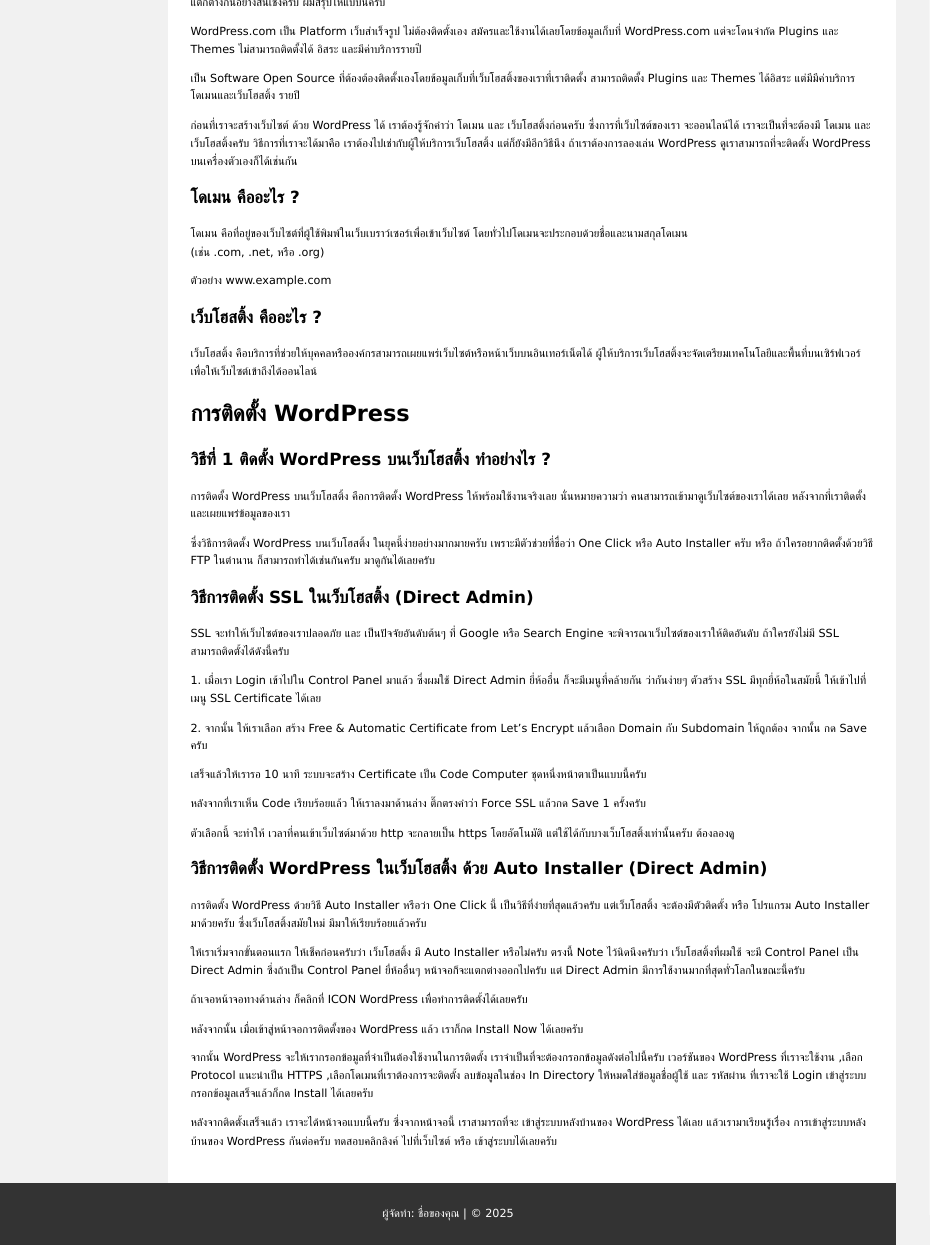
Repository: staggil/thesis
Page: lessons/intro.html
The author's editor kept a copy of each file at every save. The page is drawn from the files as they stood at one save, then again after the next save.
The browser window is 1280 px wide. The page is 1328 px wide, so the pictures cover 1328 px, including what lies to the right of the window. The pictures show the part of the page from y = 1170 to 3010 px (the page is 2948 px tall before and 3010 px after), at 70% of full size.
The page's requests for data from a server got no answer.

Above is the page before, as saved 2025-12-16 06:21:28.

### lessons/intro.html
<!DOCTYPE html>
<html lang="th">
<head>
    <meta charset="UTF-8">
    <meta name="viewport" content="width=device-width, initial-scale=1.0">
    <title>บทเรียน Intro</title>
    <link rel="stylesheet" href="/style.css">
    <script src="/script.js" defer></script>
</head>
<body data-sidebar="/components/sidebar.html">

    <!-- header -->
    <div id="header-placeholder"></div>



   <div id="sidebar-placeholder"></div>
<div class="layout">
    <!-- content -->
    <main id="main-content">
        <h1>บทเรียน Intro</h1>
        <p>WordPress เป็นเครื่องมือที่ทรงพลังอย่างมากในการทำเว็บไซต์ ข้อพิสูจน์ก็คือ
            จากจำนวนเว็บไซต์บนโลกทั้งหมด มีเว็บที่ทำด้วย WordPress มากถึง 30%
            แต่ในเมืองไทยข้อมูลเรื่องการใช้งาน WordPress ยังกระจัดกระจายอยู่มาก
            นั่นเป็นที่มาที่ทำให้เกิดการรวบรวมวิธีการใช้ WordPress ทำเว็บไซต์ขั้นพื้นฐาน
            ฉบับภาษาไทยทั้งหมดแล้วครับ</p>
            <p>WordPress คือระบบจัดการเนื้อหา (CMS) สำหรับสร้างและบริหารจัดการเว็บไซต์</p>

            <h1>WordPress คืออะไร</h1>
            <p>WordPress คือระบบจัดการเนื้อหาเว็บไซต์ (CMS) แบบ Open Source ใช้งานฟรี</p>
            <p>WordPress ใช้สำหรับสร้างและจัดการเว็บไซต์</p>
            <p>WordPress ช่วยให้สร้างเว็บไซต์ได้โดยไม่ต้องเขียนโค้ด</p>
            <p>WordPress ใช้ธีมในการกำหนดรูปแบบเว็บไซต์</p>
            <p>WordPress ใช้ปลั๊กอินในการเพิ่มความสามารถ</p>
            <p>WordPress ใช้จัดการเนื้อหา เช่น บทความ หน้าเว็บ รูปภาพ และเมนู</p>
            <p>WordPress มีระบบหลังบ้านสำหรับควบคุมเว็บไซต์</p>

            <h1>WordPress คือ อะไร แล้วทำไม เราต้องใช้ WordPress ?</h1>
            <p>WordPress ที่เรากำลังพูดถึง คือ ซอฟท์แวร์ หรือ โปรแกรม ที่เราเอาไว้สำหรับ ใช้สร้างเว็บไซต์ครับ
                ซึ่ง Software ตัวนี้ เป็น ซอฟท์แวร์ แบบเปิดรหัส ที่เรียกว่า Open Source และมีลิขสิทธิ์แบบ GPL
                เราจึง สามารถนำ WordPress มาใช้ ทำเว็บไซต์ ได้ฟรีครับ ซึ่งเราสามารถ Download
                 เจ้าโปรแกรม WordPress ได้จากเว็บไซต์ WordPress.org ครับ</p>
            <p>สาเหตุ ที่นักพัฒนาเว็บไซต์ หลายคนหันมาใช้งาน WordPress ก็เพราะว่า WordPress ได้รับความนิยมมากขึ้นเรื่อยๆ
                ตั้งแต่ออกเวอร์ชันแรกเมื่อปี 2003 เป็นต้นมา ในระยะแรก WordPress เป็นเพียง Blogging Software
                สำหรับเอาไว้เขียนบทความ หรือ บล็อกส่วนตัวเท่านั้น แต่ในปัจจุบัน WordPress มีจำนวนผู้ใช้งานเพิ่มขึ้นเป็นจำนวนมาก
                 จนพัฒนาเปลี่ยนแปลงจาก Blogging Software มาเป็น CMS หรือ Content Management System หรือ ในภาษาไทย
                  เราเรียกว่า เครื่องมือบริหาร จัดการ เนื้อหาบนเว็บไซต์นั่นเอง</p>
            <p>
                ปัจจุบัน WordPress ไม่เพียงแต่สามารถบริหารจัดการ เนื้อหา บนเว็บไซต์ได้เท่านั้น แต่ยังเป็นเครื่องมือ สำหรับ การออกแบบเว็บไซต์ให้สวยงาม
                 ตลอดจน การนำไป ทำเว็บขายของออนไลน์ ด้วย ซอฟท์แวร์เสริม หรือ Plugin Woocommerce ได้อีกด้วย
            </p>

            <h1>ความสับสนระหว่าง WordPress.com และ WordPress.org</h1>
            <p>เวลาที่เราค้นหาข้อมูล แล้วได้ยินคนพูดถึง WordPress เราอาจจะเจอ เว็บไซต์ 2 เว็บ นั่นก็คือ WordPress.com และ WordPress.org
                นั่นเอง ซึ่ง 2 เว็บไซต์ นี้แตกต่างกันอย่างสิ้นเชิงครับ ผมสรุปให้แบบนี้ครับ</p>
            <p>WordPress.com เป็น Platform เว็บสำเร็จรูป ไม่ต้องติดตั้งเอง สมัครและใช้งานได้เลยโดยข้อมูลเก็บที่ WordPress.com แต่จะโดนจำกัด Plugins และ Themes
                ไม่สามารถติดตั้งได้ อิสระ และมีค่าบริการรายปี</p>
            <p>เป็น Software Open Source ที่ต้องต้องติดตั้งเองโดยข้อมูลเก็บที่เว็บโฮสติ้งของเราที่เราติดตั้ง สามารถติดตั้ง Plugins และ Themes ได้อิสระ
                แต่มีมีค่าบริการโดเมนและเว็บโฮสติ้ง รายปี
            </p>

            <p>ก่อนที่เราจะสร้างเว็บไซต์ ด้วย WordPress ได้ เราต้องรู้จักคำว่า โดเมน และ เว็บโฮสติ้งก่อนครับ ซึ่งการที่เว็บไซต์ของเรา จะออนไลน์ได้
            เราจะเป็นที่จะต้องมี โดเมน และ เว็บโฮสติ้งครับ วิธีการที่เราจะได้มาคือ เราต้องไปเช่ากับผู้ให้บริการเว็บโฮสติ้ง แต่ก็ยังมีอีกวิธีนึง ถ้าเราต้องการลองเล่น
             WordPress ดูเราสามารถที่จะติดตั้ง WordPress บนเครื่องตัวเองก็ได้เช่นกัน</p>

             <h2>โดเมน คืออะไร ?</h2>
             <p>โดเมน คือที่อยู่ของเว็บไซต์ที่ผู้ใช้พิมพ์ในเว็บเบราว์เซอร์เพื่อเข้าเว็บไซต์ โดยทั่วไปโดเมนจะประกอบด้วยชื่อและนามสกุลโดเมน <br>
                 (เช่น .com, .net, หรือ .org)</p>
             <p>ตัวอย่าง www.example.com</p>

             <h2>เว็บโฮสติ้ง คืออะไร ?</h2>
             <p>เว็บโฮสติ้ง คือบริการที่ช่วยให้บุคคลหรือองค์กรสามารถเผยแพร่เว็บไซต์หรือหน้าเว็บบนอินเทอร์เน็ตได้
                ผู้ให้บริการเว็บโฮสติ้งจะจัดเตรียมเทคโนโลยีและพื้นที่บนเซิร์ฟเวอร์เพื่อให้เว็บไซต์เข้าถึงได้ออนไลน์</p>

            <h1>การติดตั้ง WordPress</h1>
            <h2>วิธีที่ 1 ติดตั้ง WordPress บนเว็บโฮสติ้ง ทำอย่างไร ?</h2>
            <p>การติดตั้ง WordPress บนเว็บโฮสติ้ง คือการติดตั้ง WordPress ให้พร้อมใช้งานจริงเลย
                นั่นหมายความว่า คนสามารถเข้ามาดูเว็บไซต์ของเราได้เลย หลังจากที่เราติดตั้งและเผยแพร่ข้อมูลของเรา</p>
            <p>ซึ่งวิธีการติดตั้ง WordPress บนเว็บโฮสติ้ง ในยุคนี้ง่ายอย่างมากมายครับ เพราะมีตัวช่วยที่ชื่อว่า One Click
                หรือ Auto Installer ครับ หรือ ถ้าใครอยากติดตั้งด้วยวิธี FTP ในตำนาน ก็สามารถทำได้เช่นกันครับ มาดูกันได้เลยครับ</p>
            <h2>วิธีการติดตั้ง SSL ในเว็บโฮสติ้ง (Direct Admin)</h2>
            <p>SSL จะทำให้เว็บไซต์ของเราปลอดภัย และ เป็นปัจจัยอันดับต้นๆ ที่ Google หรือ Search Engine จะพิจารณาเว็บไซต์ของเราให้ติดอันดับ
                 ถ้าใครยังไม่มี SSL สามารถติดตั้งได้ดังนี้ครับ</p>
            <p>1. เมื่อเรา Login เข้าไปใน Control Panel มาแล้ว ซึ่งผมใช้ Direct Admin ยี่ห้ออื่น ก็จะมีเมนูที่คล้ายกัน ว่ากันง่ายๆ
                ตัวสร้าง SSL มีทุกยี่ห้อในสมัยนี้ ให้เข้าไปที่เมนู SSL Certificate ได้เลย</p>
            <p>2. จากนั้น ให้เราเลือก สร้าง Free & Automatic Certificate from Let’s Encrypt
                แล้วเลือก Domain กับ Subdomain ให้ถูกต้อง จากนั้น กด Save ครับ</p>
            <p>เสร็จแล้วให้เรารอ 10 นาที ระบบจะสร้าง Certificate เป็น Code Computer ชุดหนึ่งหน้าตาเป็นแบบนี้ครับ</p>
            <p>หลังจากที่เราเห็น Code เรียบร้อยแล้ว ให้เราลงมาด้านล่าง ติ๊กตรงคำว่า Force SSL แล้วกด Save 1 ครั้งครับ</p>
            <p>ตัวเลือกนี้ จะทำให้ เวลาที่คนเข้าเว็บไซต์มาด้วย http จะกลายเป็น https โดยอัตโนมัติ แต่ใช้ได้กับบางเว็บโฮสติ้งเท่านั้นครับ ต้องลองดู</p>

            <h2>วิธีการติดตั้ง WordPress ในเว็บโฮสติ้ง ด้วย Auto Installer (Direct Admin)</h2>
            <p>การติดตั้ง WordPress ด้วยวิธี Auto Installer หรือว่า One Click นี้ เป็นวิธีที่ง่ายที่สุดแล้วครับ
                แต่เว็บโฮสติ้ง จะต้องมีตัวติดตั้ง หรือ โปรแกรม Auto Installer มาด้วยครับ ซึ่งเว็บโฮสติ้งสมัยใหม่ มีมาให้เรียบร้อยแล้วครับ</p>
            <p>ให้เราเริ่มจากขั้นตอนแรก ให้เช็คก่อนครับว่า เว็บโฮสติ้ง มี Auto Installer หรือไม่ครับ ตรงนี้ Note ไว้นิดนึงครับว่า เว็บโฮสติ้งที่ผมใช้
                 จะมี Control Panel เป็น Direct Admin ซึ่งถ้าเป็น Control Panel ยี่ห้ออื่นๆ หน้าจอก็จะแตกต่างออกไปครับ แต่ Direct Admin
                  มีการใช้งานมากที่สุดทั่วโลกในขณะนี้ครับ</p>
            <p>ถ้าเจอหน้าจอทางด้านล่าง ก็คลิกที่ ICON WordPress เพื่อทำการติดตั้งได้เลยครับ</p>
            <p>หลังจากนั้น เมื่อเข้าสู่หน้าจอการติดตั้งของ WordPress แล้ว เราก็กด Install Now ได้เลยครับ</p>
            <p>จากนั้น WordPress จะให้เรากรอกข้อมูลที่จำเป็นต้องใช้งานในการติดตั้ง เราจำเป็นที่จะต้องกรอกข้อมูลดังต่อไปนี้ครับ
                เวอร์ชันของ WordPress ที่เราจะใช้งาน ,เลือก Protocol แนะนำเป็น HTTPS ,เลือกโดเมนที่เราต้องการจะติดตั้ง
                ลบข้อมูลในช่อง In Directory ให้หมดใส่ข้อมูลชื่อผู้ใช้ และ รหัสผ่าน ที่เราจะใช้ Login เข้าสู่ระบบ
                กรอกข้อมูลเสร็จแล้วก็กด Install ได้เลยครับ</p>
           <p>หลังจากติดตั้งเสร็จแล้ว เราจะได้หน้าจอแบบนี้ครับ ซึ่งจากหน้าจอนี้
            เราสามารถที่จะ เข้าสู่ระบบหลังบ้านของ WordPress ได้เลย แล้วเรามาเรียนรู้เรื่อง การเข้าสู่ระบบหลังบ้านของ WordPress กันต่อครับ
            ทดสอบคลิกลิงค์ ไปที่เว็บไซต์ หรือ เข้าสู่ระบบได้เลยครับ</p>
    </main>
</div>

    <!-- footer -->
    <div id="footer-placeholder"></div>

</body>
</html>

### style.css
body {
    margin: 0;
    font-family: Verdana, Arial, sans-serif;
    box-sizing: border-box;
    background-color: #f1f1f1;
    line-height: 1.6;
    overflow-x: hidden;
}


#header-placeholder {
    background-color: #04AA6D;
    color: white;
    padding: 16px 24px;
    font-size: 24px;
    font-weight: bold;
     position: sticky;  /* หรือ fixed ก็ได้ */
    top: 0;            /* ติดด้านบน */
    z-index: 1000;     /* อยู่เหนือ content */
    width: 100%;       /* เต็มความกว้างหน้าจอ */
}

.navbar ul {
    list-style: none;
    display: flex;
    gap: 15px;
    padding: 0;
    margin: 0;
}

.navbar ul li a {
    color: white;
    text-decoration: none;
}

/* =========================
   Sidebar
   ========================= */
.layout {

    max-width: 100%;  /* ขยายเต็มหน้าจอ */
    margin: 0;         /* ไม่มี margin */
}

#sidebar {
     position: fixed;
    top: 64px;
    left: 0;
    width: 220px;
    height: 100vh;       /* สูงเต็มหน้าจอ */
    overflow-y: auto;    /* scroll ภายใน sidebar */
    background-color: #e7e9eb;
    padding: 16px;
    z-index: 10;

}

#sidebar ul {
    list-style: none;
    padding: 0;
}

#sidebar ul li {
    margin-bottom: 10px;
}

#sidebar ul li a {
    text-decoration: none;
    color: #333;
    display: block;
    padding: 8px;
    border-radius: 4px;
    transition: background 0.3s;
}

#sidebar ul li a:hover {
    background-color: #ddd;
}

/* =========================
   Main Content
   ========================= */
#main-content {
    flex: 1;  /* ขยายเต็มที่ตามพื้นที่ layout */
    background-color: #fff;
    padding: 32px;

    margin-left: 240px;


}

/* กรณีหน้า index.html ไม่มี sidebar */
body.index #main-content {
    margin-left: 0;
    max-width: 700px;        /* กว้างเท่ากับหน้าที่มี sidebar */
    margin: 0 auto;          /* จัด content กลางหน้า */
}

/* =========================
   Footer
   ========================= */
footer {
    background-color: #333;
    color: white;
    text-align: center;
    padding: 15px;
    position: relative;
    z-index: 100; /* สูงกว่า sidebar */
}

@media screen and (max-width: 768px) {
    .layout {
        flex-direction: column;
    }

    #sidebar {
        width: 100%;
        height: auto;
        position: relative;
    }

    #main-content {
        max-width: 100%;
        padding: 15px;
    }
}


/* =========================
   Empty sidebar
   ========================= */
#sidebar.empty-sidebar {
    background-color: #fff;   /* สีเดียวกับ container */
           /* คง padding เดิมถ้าอยากให้ layoutเหมือนหน้าที่มี sidebar */
    /* อย่าแก้ width หรือ float */
}

/* หน้า login ให้ layout อยู่กลางและสวยขึ้น */
body.login-page #main-content {
    max-width: 400px;       /* กว้างแค่พอ form */
    margin: 50px auto;      /* จัดกลางแนวนอนและเว้นบน */
    padding: 20px;
    background-color: #fff; /* เหมือน container */
    border-radius: 8px;
    box-shadow: 0 0 10px rgba(0,0,0,0.1);
}



/* หน้า register ให้ layout อยู่กลางเหมือน login */
body.register-page #main-content {
    max-width: 400px;          /* กว้างพอ form */
    margin: 50px auto;         /* จัดกลางหน้า */
    padding: 20px;
    background-color: #fff;    /* เหมือน container */
    border-radius: 8px;
    box-shadow: 0 0 10px rgba(0,0,0,0.1);
}

### script.js
function loadComponent(filePath, elementId) {
    if (!filePath) return;
    const el = document.getElementById(elementId);
    if (!el) {
        console.error(`ไม่พบ element id="${elementId}"`);
        return;
    }
    fetch(filePath)
        .then(response => {
            if (!response.ok) throw new Error("ไม่พบไฟล์ " + filePath);
            return response.text();
        })
        .then(data => {
            el.innerHTML = data;

            // หลังโหลด header ให้ตรวจสอบ session
            if (elementId === "header-placeholder") {
                updateHeaderLoginStatus();
            }
        })
        .catch(error => console.error(error));
}

// ฟังก์ชันตรวจสอบ login
function updateHeaderLoginStatus() {
    fetch("/me")
        .then(res => res.json())
        .then(user => {
            if (user.username) {
                // login แล้ว
                document.querySelectorAll(".login-only").forEach(el => el.style.display = "none");
                document.querySelectorAll(".user-only").forEach(el => el.style.display = "block");
                document.getElementById("username-display").textContent = user.fullname;

                // เพิ่ม listener logout
                const logoutLink = document.getElementById("logout-link");
                if (logoutLink) {
                    logoutLink.addEventListener("click", async (e) => {
                        e.preventDefault();
                        await fetch("/logout", { method: "POST" });
                        updateHeaderLoginStatus(); // รีเฟรชเมนู
                        window.location.href = "/login.html";
                    });
                }

            } else {
                // ยังไม่ได้ login
                document.querySelectorAll(".login-only").forEach(el => el.style.display = "block");
                document.querySelectorAll(".user-only").forEach(el => el.style.display = "none");
            }
        })
        .catch(err => console.error(err));
}

document.addEventListener("DOMContentLoaded", function() {
    loadComponent("/components/header.html", "header-placeholder");
    loadComponent("/components/footer.html", "footer-placeholder");

    const sidebarFile = document.body.getAttribute("data-sidebar");
    loadComponent(sidebarFile, "sidebar-placeholder");

    // ตรวจสอบ exercise links หลังจากโหลด header เสร็จ
    const checkExerciseLinks = () => {
        const exerciseLinks = document.querySelectorAll("a[href^='/exercises/']");
        exerciseLinks.forEach(link => {
            link.addEventListener("click", async (e) => {
                e.preventDefault();
                const res = await fetch("/me");
                const user = await res.json();
                if (!user.username) {
                    const goLogin = confirm("คุณต้อง login ก่อนเข้าแบบฝึกหัด\nไปหน้า Login ตอนนี้หรือไม่?");
                    if (goLogin) window.location.href = "/login.html";
                } else {
                    window.location.href = link.href;
                }
            });
        });
    };

    // รอ header โหลดเสร็จแล้วค่อย bind
    const headerInterval = setInterval(() => {
        if (document.getElementById("header-placeholder").children.length > 0) {
            clearInterval(headerInterval);
            checkExerciseLinks();
        }
    }, 50);
});

### components/header.html
<header>
   <nav class="navbar">
        <ul id="nav-items">
            <li><a href="/index.html">หน้าแรก</a></li>
            <li><a href="/lessons/intro.html">WordPress</a></li>
            <li><a href="/examples/draw-rect.html">ตัวอย่าง</a></li>
            <li><a href="/exercises/exercise1.html">แบบฝึกหัด</a></li>
            <li><a href="/about/about.html">เกี่ยวกับ</a></li>
            <li class="login-only"><a href="/register.html">ลงทะเบียน</a></li>
            <li class="login-only"><a href="/login.html">ล็อกอิน</a></li>
            <li class="user-only"><span id="username-display"></span></li>
            <li class="user-only"><a href="#" id="logout-link">ออกจากระบบ</a></li>
        </ul>
    </nav>
</header>

### components/footer.html
<footer>
    <p>ผู้จัดทำ: ชื่อของคุณ | © 2025</p>
</footer>

### components/sidebar.html
<aside id="sidebar">
    <ul>
        <li><a href="/lessons/intro.html">แนะนำ</a></li>
        <li><a href="/lessons/basic.html">พื้นฐาน</a></li>
        <li><a href="/lessons/js-basic.html">JavaScript เบื้องต้น</a></li>
        <li><a href="/lessons/canvas.html">Canvas</a></li>
        <li><a href="/lessons/game1.html">เกมตัวอย่าง</a></li>
    </ul>
</aside>

After the next save:
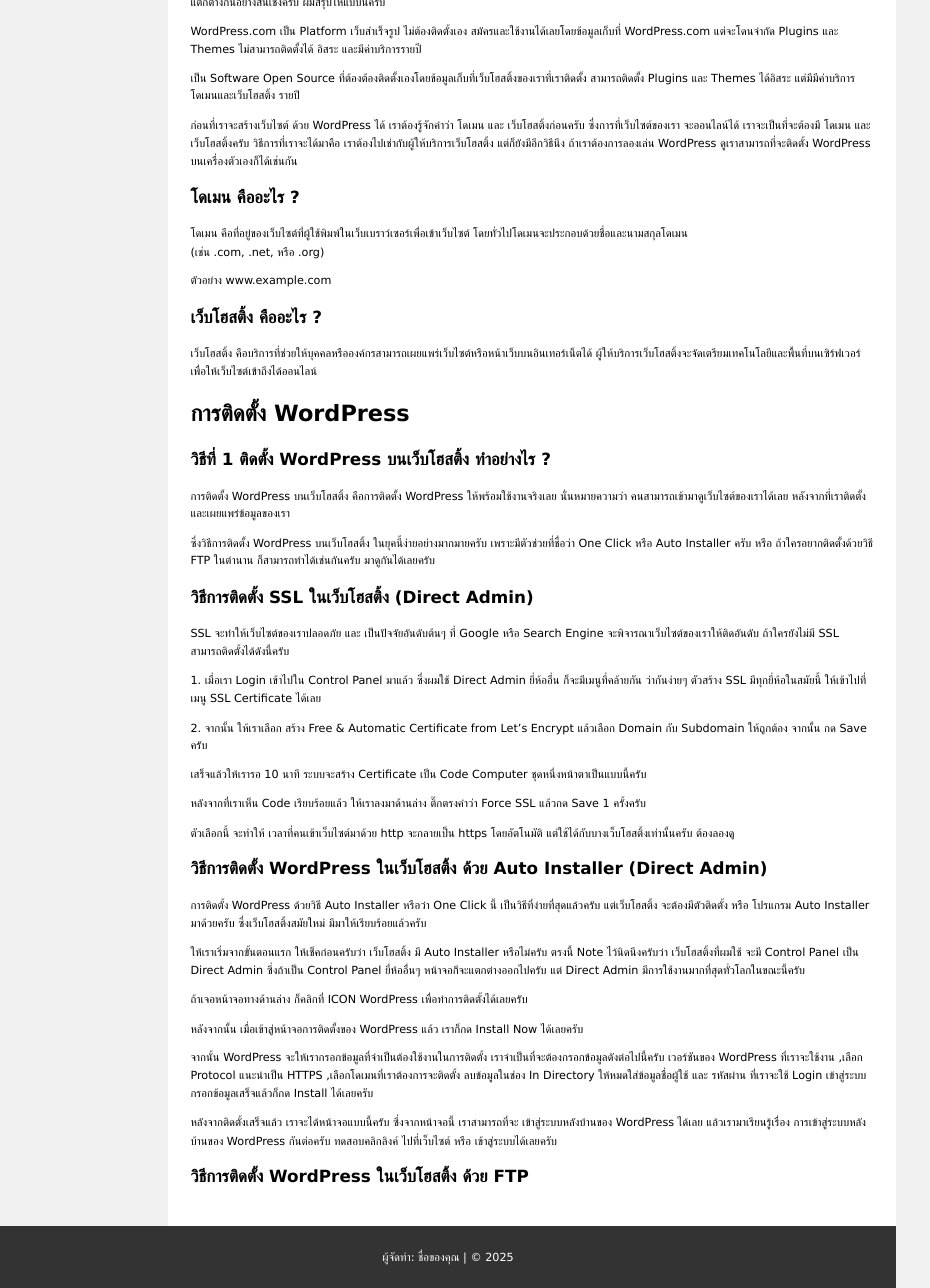
Saved 11 s later.
--- a/lessons/intro.html
+++ b/lessons/intro.html
@@ -104,6 +104,9 @@
            <p>หลังจากติดตั้งเสร็จแล้ว เราจะได้หน้าจอแบบนี้ครับ ซึ่งจากหน้าจอนี้
             เราสามารถที่จะ เข้าสู่ระบบหลังบ้านของ WordPress ได้เลย แล้วเรามาเรียนรู้เรื่อง การเข้าสู่ระบบหลังบ้านของ WordPress กันต่อครับ
             ทดสอบคลิกลิงค์ ไปที่เว็บไซต์ หรือ เข้าสู่ระบบได้เลยครับ</p>
+
+            <h2>วิธีการติดตั้ง WordPress ในเว็บโฮสติ้ง ด้วย FTP </h2>
+
     </main>
 </div>
 
